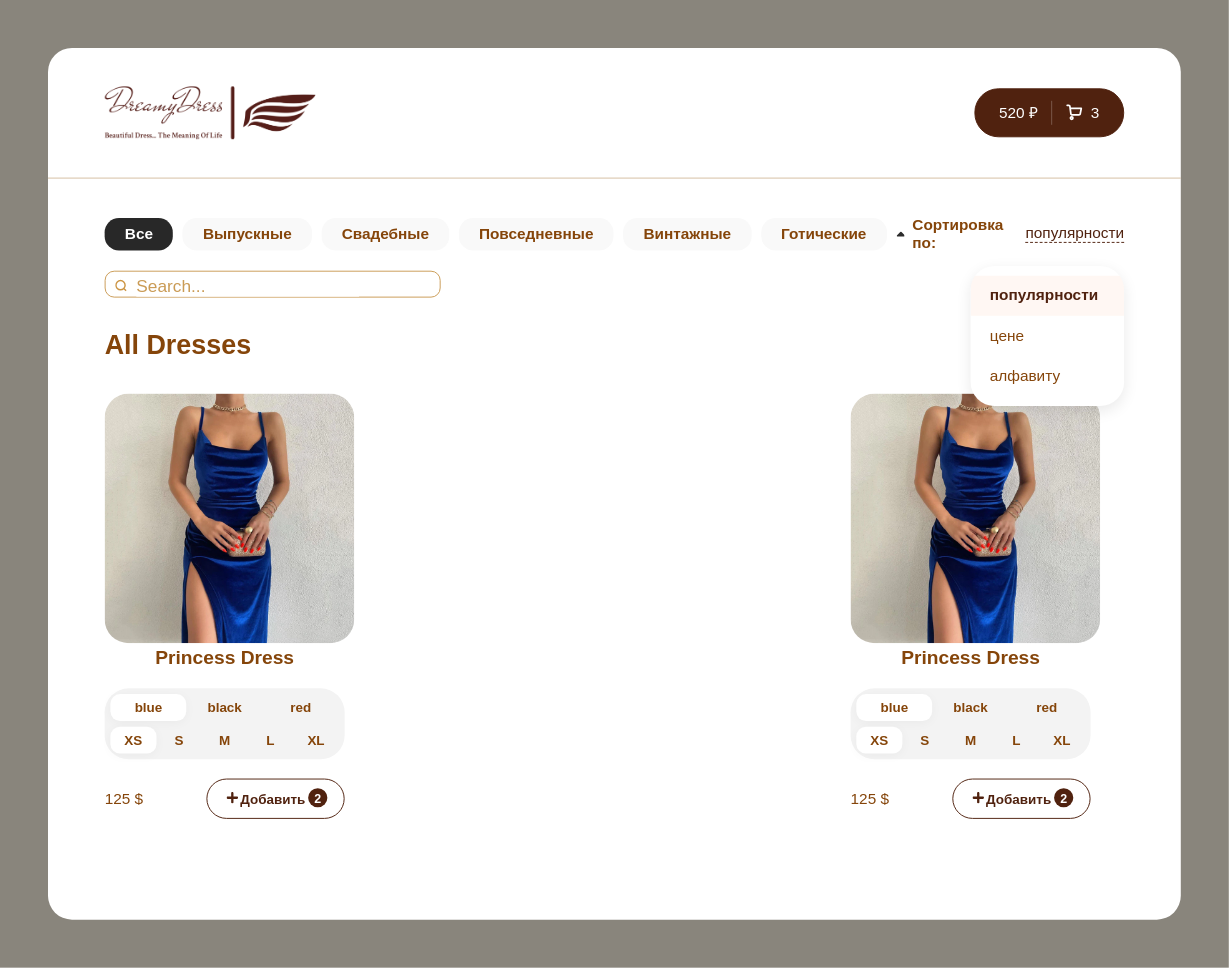
Repository: DisasterWoman/SPA-shop
Page: /
These files come from the project's save history. The page is drawn as it stood at one moment and after the next save; the edit follows.
The browser window is 1280 px wide. The pictures show the whole page, at 96% of full size.
Some web fonts or font styles are not loaded; a fallback is used. The project was rebuilt for these pictures with package versions that can differ from the ones it lists, and the page was loaded fresh each time.

Above is the page before, as saved 2022-11-29 18:07:09.

After the next save:
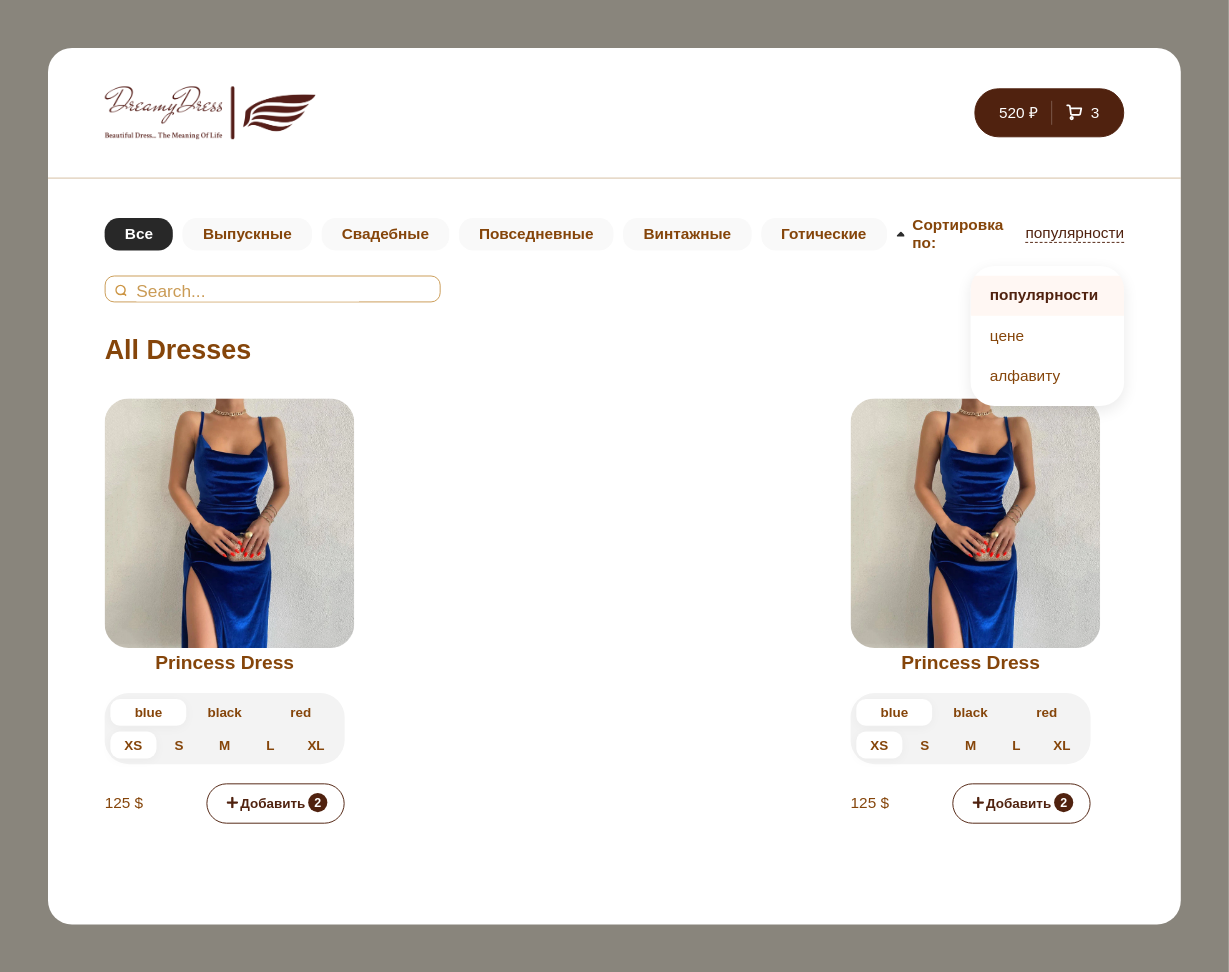
Saved 4 s later.
--- a/src/components/SearchBar/_searchBar.scss
+++ b/src/components/SearchBar/_searchBar.scss
@@ -2,7 +2,7 @@
 
 .search-bar{
    width: 350px;
-  margin-top: 20px;
+  margin-top: 25px;
   border: 1px solid #CA9B55;
   border-radius: 10px;
   padding: 0 10px;
